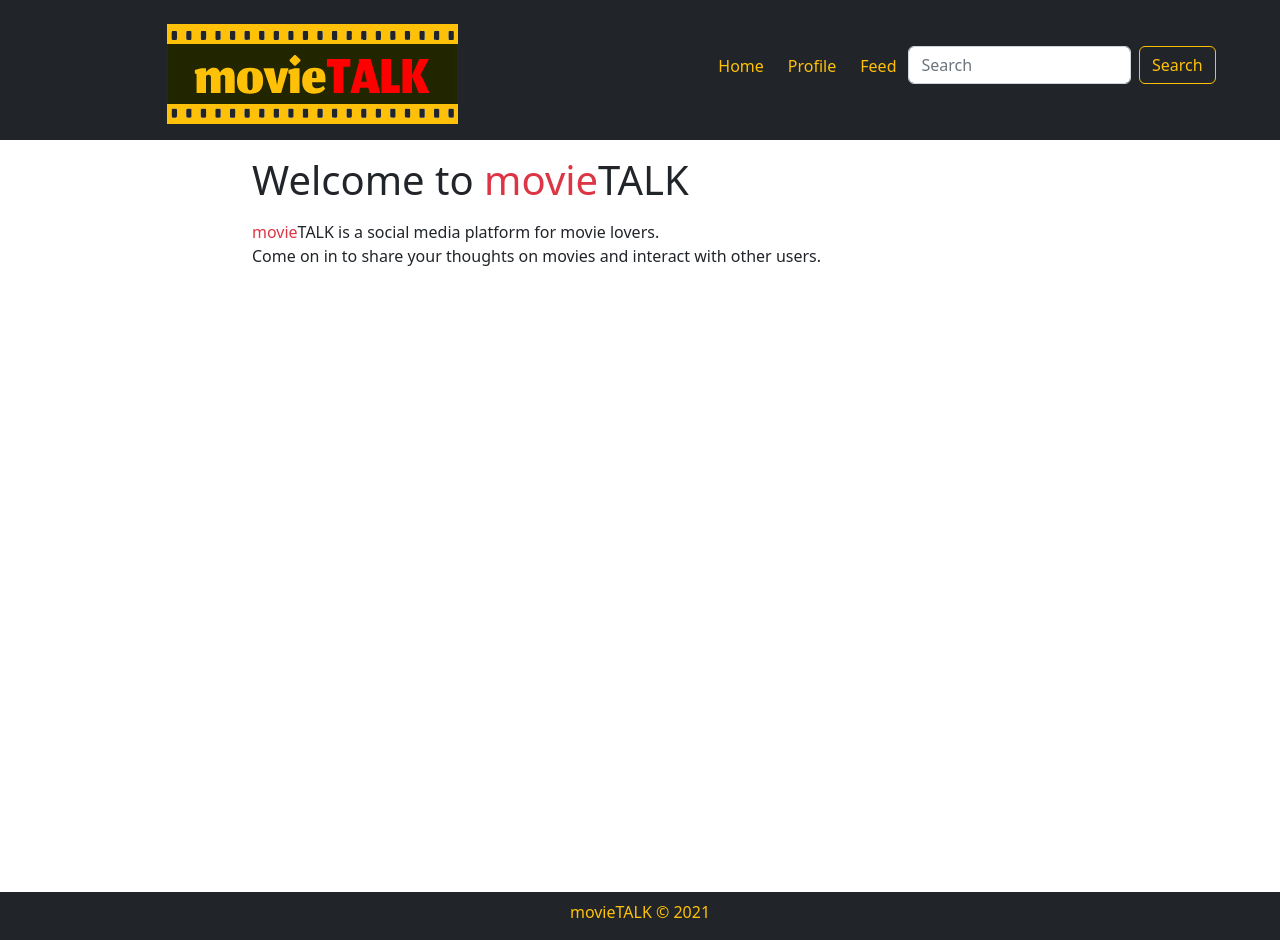
Repository: runeunhjem/css-frameworks-ca
Page: feed/index.html
An editor plug-in stored every save of this project. The page is shown before and after a run of saves, followed by the edit.
The browser window is 1280 px wide. The pictures show the whole page.
The style sheet was rebuilt from its Sass, Less or Tailwind sources for each picture, by a compiler version that may differ from the author's.

Above is the page before, as saved 2023-08-28 17:17:57.

### feed/index.html
<!DOCTYPE html>
<html lang="en">
<head>
  <meta charset="UTF-8">
  <meta name="viewport" content="width=device-width, initial-scale=1.0">
  <link rel="stylesheet" href="../dist/css/index.css">
  <script src="../js/bootstrap.bundle.min.js"></script>
  <!-- <script src="js/main.js"></script> -->
  <title>movieTALK | Feed</title>
</head>
<body><!DOCTYPE html>
<html lang="en">
<head>
  <meta charset="UTF-8">
  <meta name="viewport" content="width=device-width, initial-scale=1.0">
  <link rel="stylesheet" href="../dist/css/index.css">
  <script src="../js/bootstrap.bundle.min.js" type="module"></script>
  <!-- <script src="js/main.js"></script> -->
  <title>movieTALK | Home</title>
</head>
<body>
<header>
  <nav class="navbar navbar-expand-md pt-4 bg-dark align-items-center">
    <a class="navbar-brand header-logo mb-2" href="../index.html" alt="movieTALK Logo"><span class="visually-hidden">Home</span></a>
    <div class="container-fluid d-flex align-items-start justify-content-center max-width-800 ">
      <div class="row  max-width-800 align-items-center">
        <div class="col-4 justify-content-around col-sm-4 col-md-6 m-1">
          <button class="btn-outline-warning navbar-toggler bg-warning mb-2 me-3" type="button" data-bs-toggle="collapse" data-bs-target="#navbarSupportedContent" aria-controls="navbarSupportedContent" aria-expanded="false" aria-label="Toggle navigation">
            <span class="navbar-toggler-icon"></span>
          </button>
          <div class="collapse navbar-collapse text-primary" id="navbarSupportedContent">
            <ul class="navbar-nav mb-lg-2">
              <li class="nav-item me-2">
                <a class="nav-link text-warning active rounded-2 ps-2" aria-current="page" href="../index.html">Home</a>
              </li>
              <li class="nav-item me-2">
                <a class="nav-link text-warning rounded-2 ps-2" href="../profile/index.html">Profile</a>
              </li>
              <li class="nav-item mb-3">
                <a class="nav-link text-warning rounded-2 ps-2" href="index.html">Feed</a>
              </li>
            </ul>
          </div>
        </div>
      </div>
        <div class="col-8 col-sm-8 col-md-6 d-flex align-items-start justify-content-end">
          <form class="d-flex mt-1" role="search">
            <input class="form-control me-2 max-width-300" type="search" placeholder="Search" aria-label="Search">
            <button class="btn btn-outline-warning" type="submit">Search</button>
          </form>
      </div>
    </div>
    </div>
  </nav>
</header>
<main class="vh-100 mt-3 max-width-800 mx-auto">
  <div class="container">
    <div class="row d-flex justify-content-center">
      <div class="col">
        <h1>Welcome to <span class="text-danger">movie</span>TALK</h1>
        <p class="mt-3 mb-0"><span class="text-danger">movie</span>TALK is a social media platform for movie lovers.</p>
        <p class="mt-0">Come on in to share your thoughts on movies and interact with other users.</p>
      </div>
    </div>
  </div>
</main>
<footer mt-3>
  <div class="container-fluid bg-dark mt-3">
    <div class="row">
      <div class="col">
        <p class="text-center text-warning mt-2">movieTALK &copy; 2021</p>
      </div>
    </div>
  </div>
</footer>
</body>
</html>

### src/scss/index.scss
@import "variables";
@import "../../node_modules/bootstrap/scss/bootstrap";
@import "navbar";

.header-logo {
  background-image: url("../../img/logo-yellow.svg");
  background-size: contain;
  background-repeat: no-repeat;
  background-position: center;
  width: 100%;
  height: 100px;
}

.max-width-800 {
  max-width: 800px;
}
.max-width-300 {
  max-width: 300px;
}

// .navbar-collapse.show {
//   background-color: #ffc107;
// }
// .navbar-nav {
//   .nav-link-hover {
//     &:hover {
//       color:#ffc107;
//       background-color: #ff3c3c;
//       a {
//       }
//     }
//   // background-color: #fdcd2d;
//   }
// }

.nav-link {
  // width: 100%;
  // text-indent: 6px;
  &:hover {
    // transition: all 0.3s ease-in-out;
    // padding: 0px 12px;
    background-color: #ffc107;
    color: #886f3a !important;
    border-radius: 8px;
    // text-indent: 4px;
    // background-color: #ffc107;
    // border: 1px solid #ffc107;
    // background-color: #5c4141;
    // margin: 0px;
    // a {
      //   color: #fff;
      // }
  }
  // a.nav-link {
  //   // width: 60px;
  //   // color: #ffc107;
  // }
  .active {
    color: #b84545;
  }
}

  // .navbar-collapse {
  //   width: 100px;
  //   // color: #ff07ea !important;
  //   // background-color: #b84545;
  // }

### src/scss/_variables.scss
// Variables
//
// Variables should follow the `$component-state-property-size` formula for
// consistent naming. Ex: $nav-link-disabled-color and $modal-content-box-shadow-xs.

// Color system

// scss-docs-start gray-color-variables
$white:    #fff;
$gray-100: #f8f9fa;
$gray-200: #e9ecef;
$gray-300: #dee2e6;
$gray-400: #ced4da;
$gray-500: #adb5bd;
$gray-600: #6c757d;
$gray-700: #495057;
$gray-800: #343a40;
$gray-900: #212529;
$black:    #000;
// scss-docs-end gray-color-variables

// fusv-disable
// scss-docs-start gray-colors-map
$grays: (
  "100": $gray-100,
  "200": $gray-200,
  "300": $gray-300,
  "400": $gray-400,
  "500": $gray-500,
  "600": $gray-600,
  "700": $gray-700,
  "800": $gray-800,
  "900": $gray-900
);
// scss-docs-end gray-colors-map
// fusv-enable

// scss-docs-start color-variables
$blue:    #0d6efd;
$indigo:  #6610f2;
$purple:  #6f42c1;
$pink:    #d63384;
$red:     #dc3545;
$orange:  #fd7e14;
$yellow:  #ffc107;
$green:   #198754;
$teal:    #20c997;
$cyan:    #0dcaf0;
// scss-docs-end color-variables

// scss-docs-start colors-map
$colors: (
  "blue":       $blue,
  "indigo":     $indigo,
  "purple":     $purple,
  "pink":       $pink,
  "red":        $red,
  "orange":     $orange,
  "yellow":     $yellow,
  "green":      $green,
  "teal":       $teal,
  "cyan":       $cyan,
  "black":      $black,
  "white":      $white,
  "gray":       $gray-600,
  "gray-dark":  $gray-800
);
// scss-docs-end colors-map

// The contrast ratio to reach against white, to determine if color changes from "light" to "dark". Acceptable values for WCAG 2.0 are 3, 4.5 and 7.
// See https://www.w3.org/TR/WCAG20/#visual-audio-contrast-contrast
$min-contrast-ratio:   4.5;

// Customize the light and dark text colors for use in our color contrast function.
$color-contrast-dark:      $black;
$color-contrast-light:     $white;

### src/scss/_navbar.scss
// // Navbar
// //
// // Provide a static navbar from which we expand to create full-width, fixed, and
// // other navbar variations.

// .navbar {
//   // scss-docs-start navbar-css-vars
//   --#{$prefix}navbar-padding-x: #{if($navbar-padding-x == null, 0, $navbar-padding-x)};
//   --#{$prefix}navbar-padding-y: #{$navbar-padding-y};
//   --#{$prefix}navbar-color: #{$navbar-light-color};
//   --#{$prefix}navbar-hover-color: #{$navbar-light-hover-color};
//   --#{$prefix}navbar-disabled-color: #{$navbar-light-disabled-color};
//   --#{$prefix}navbar-active-color: #{$navbar-light-active-color};
//   --#{$prefix}navbar-brand-padding-y: #{$navbar-brand-padding-y};
//   --#{$prefix}navbar-brand-margin-end: #{$navbar-brand-margin-end};
//   --#{$prefix}navbar-brand-font-size: #{$navbar-brand-font-size};
//   --#{$prefix}navbar-brand-color: #{$navbar-light-brand-color};
//   --#{$prefix}navbar-brand-hover-color: #{$navbar-light-brand-hover-color};
//   --#{$prefix}navbar-nav-link-padding-x: #{$navbar-nav-link-padding-x};
//   --#{$prefix}navbar-toggler-padding-y: #{$navbar-toggler-padding-y};
//   --#{$prefix}navbar-toggler-padding-x: #{$navbar-toggler-padding-x};
//   --#{$prefix}navbar-toggler-font-size: #{$navbar-toggler-font-size};
//   --#{$prefix}navbar-toggler-icon-bg: #{escape-svg($navbar-light-toggler-icon-bg)};
//   --#{$prefix}navbar-toggler-border-color: #{$navbar-light-toggler-border-color};
//   --#{$prefix}navbar-toggler-border-radius: #{$navbar-toggler-border-radius};
//   --#{$prefix}navbar-toggler-focus-width: #{$navbar-toggler-focus-width};
//   --#{$prefix}navbar-toggler-transition: #{$navbar-toggler-transition};
//   // scss-docs-end navbar-css-vars

//   position: relative;
//   display: flex;
//   flex-wrap: wrap; // allow us to do the line break for collapsing content
//   align-items: center;
//   justify-content: space-between; // space out brand from logo
//   padding: var(--#{$prefix}navbar-padding-y) var(--#{$prefix}navbar-padding-x);
//   @include gradient-bg();

//   // Because flex properties aren't inherited, we need to redeclare these first
//   // few properties so that content nested within behave properly.
//   // The `flex-wrap` property is inherited to simplify the expanded navbars
//   %container-flex-properties {
//     display: flex;
//     flex-wrap: inherit;
//     align-items: center;
//     justify-content: space-between;
//   }

//   > .container,
//   > .container-fluid {
//     @extend %container-flex-properties;
//   }

//   @each $breakpoint, $container-max-width in $container-max-widths {
//     > .container#{breakpoint-infix($breakpoint, $container-max-widths)} {
//       @extend %container-flex-properties;
//     }
//   }
// }


// // Navbar brand
// //
// // Used for brand, project, or site names.

// .navbar-brand {
//   padding-top: var(--#{$prefix}navbar-brand-padding-y);
//   padding-bottom: var(--#{$prefix}navbar-brand-padding-y);
//   margin-right: var(--#{$prefix}navbar-brand-margin-end);
//   @include font-size(var(--#{$prefix}navbar-brand-font-size));
//   color: var(--#{$prefix}navbar-brand-color);
//   text-decoration: if($link-decoration == none, null, none);
//   white-space: nowrap;

//   &:hover,
//   &:focus {
//     color: var(--#{$prefix}navbar-brand-hover-color);
//     text-decoration: if($link-hover-decoration == underline, none, null);
//   }
// }


// Navbar nav
//
// Custom navbar navigation (doesn't require `.nav`, but does make use of `.nav-link`).

.navbar-nav {
  // scss-docs-start navbar-nav-css-vars
  --#{$prefix}nav-link-padding-x: 0;
  --#{$prefix}nav-link-padding-y: #{$nav-link-padding-y};
  @include rfs($nav-link-font-size, --#{$prefix}nav-link-font-size);
  --#{$prefix}nav-link-font-weight: #{$nav-link-font-weight};
  --#{$prefix}nav-link-color: var(--#{$prefix}navbar-color);
  --#{$prefix}nav-link-hover-color: var(--#{$prefix}navbar-hover-color);
  --#{$prefix}nav-link-disabled-color: var(--#{$prefix}navbar-disabled-color);
  // scss-docs-end navbar-nav-css-vars

  display: flex;
  flex-direction: column; // cannot use `inherit` to get the `.navbar`s value
  padding-left: 0;
  margin-bottom: 0;
  list-style: none;

  .show > .nav-link,
  .nav-link.active {
    color: var(--#{$prefix}navbar-active-color);
  }

  .dropdown-menu {
    position: static;
  }
}


// Navbar text
//
//

.navbar-text {
  padding-top: $nav-link-padding-y;
  padding-bottom: $nav-link-padding-y;
  color: var(--#{$prefix}navbar-color);

  a,
  a:hover,
  a:focus  {
    color: var(--#{$prefix}navbar-active-color);
  }
}


// Responsive navbar
//
// Custom styles for responsive collapsing and toggling of navbar contents.
// Powered by the collapse Bootstrap JavaScript plugin.

// When collapsed, prevent the toggleable navbar contents from appearing in
// the default flexbox row orientation. Requires the use of `flex-wrap: wrap`
// on the `.navbar` parent.
.navbar-collapse {
  flex-basis: 100%;
  flex-grow: 1;
  // For always expanded or extra full navbars, ensure content aligns itself
  // properly vertically. Can be easily overridden with flex utilities.
  align-items: center;
}

// Button for toggling the navbar when in its collapsed state
.navbar-toggler {
  padding: var(--#{$prefix}navbar-toggler-padding-y) var(--#{$prefix}navbar-toggler-padding-x);
  @include font-size(var(--#{$prefix}navbar-toggler-font-size));
  line-height: 1;
  color: var(--#{$prefix}navbar-color);
  background-color: transparent; // remove default button style
  border: var(--#{$prefix}border-width) solid var(--#{$prefix}navbar-toggler-border-color); // remove default button style
  @include border-radius(var(--#{$prefix}navbar-toggler-border-radius));
  @include transition(var(--#{$prefix}navbar-toggler-transition));

  &:hover {
    text-decoration: none;
  }

  &:focus {
    text-decoration: none;
    background-color: $yellow;
    outline: 0;
    box-shadow: 0 0 0 var(--#{$prefix}navbar-toggler-focus-width);
  }
}

// Keep as a separate element so folks can easily override it with another icon
// or image file as needed.
.navbar-toggler-icon {
  display: inline-block;
  width: 1.5em;
  height: 1.5em;
  vertical-align: middle;
  background-image: var(--#{$prefix}navbar-toggler-icon-bg);
  background-repeat: no-repeat;
  background-position: center;
  background-size: 100%;
}

.navbar-nav-scroll {
  max-height: var(--#{$prefix}scroll-height, 75vh);
  overflow-y: auto;
}

// scss-docs-start navbar-expand-loop
// Generate series of `.navbar-expand-*` responsive classes for configuring
// where your navbar collapses.
.navbar-expand {
  @each $breakpoint in map-keys($grid-breakpoints) {
    $next: breakpoint-next($breakpoint, $grid-breakpoints);
    $infix: breakpoint-infix($next, $grid-breakpoints);

    // stylelint-disable-next-line scss/selector-no-union-class-name
    &#{$infix} {
      @include media-breakpoint-up($next) {
        flex-wrap: nowrap;
        justify-content: flex-start;

        .navbar-nav {
          flex-direction: row;

          .dropdown-menu {
            position: absolute;
          }

          .nav-link {
            padding-right: var(--#{$prefix}navbar-nav-link-padding-x);
            padding-left: var(--#{$prefix}navbar-nav-link-padding-x);
          }
        }

        .navbar-nav-scroll {
          overflow: visible;
        }

        .navbar-collapse {
          display: flex !important; // stylelint-disable-line declaration-no-important
          flex-basis: auto;
        }

        .navbar-toggler {
          display: none;
        }

        .offcanvas {
          // stylelint-disable declaration-no-important
          position: static;
          z-index: auto;
          flex-grow: 1;
          width: auto !important;
          height: auto !important;
          visibility: visible !important;
          background-color: transparent !important;
          border: 0 !important;
          transform: none !important;
          @include box-shadow(none);
          @include transition(none);
          // stylelint-enable declaration-no-important

          .offcanvas-header {
            display: none;
          }

          .offcanvas-body {
            display: flex;
            flex-grow: 0;
            padding: 0;
            overflow-y: visible;
          }
        }
      }
    }
  }
}
// scss-docs-end navbar-expand-loop

// Navbar themes
//
// Styles for switching between navbars with light or dark background.

.navbar-light {
  @include deprecate("`.navbar-light`", "v5.2.0", "v6.0.0", true);
}

.navbar-dark {
  --#{$prefix}navbar-color: #{$navbar-dark-color};
  --#{$prefix}navbar-hover-color: #{$navbar-dark-hover-color};
  --#{$prefix}navbar-disabled-color: #{$navbar-dark-disabled-color};
  --#{$prefix}navbar-active-color: #{$navbar-dark-active-color};
  --#{$prefix}navbar-brand-color: #{$navbar-dark-brand-color};
  --#{$prefix}navbar-brand-hover-color: #{$navbar-dark-brand-hover-color};
  --#{$prefix}navbar-toggler-border-color: #{$navbar-dark-toggler-border-color};
  --#{$prefix}navbar-toggler-icon-bg: #{escape-svg($navbar-dark-toggler-icon-bg)};
}

Loaded but not shown: js/bootstrap.bundle.min.js (library)

After the next 2 saves:
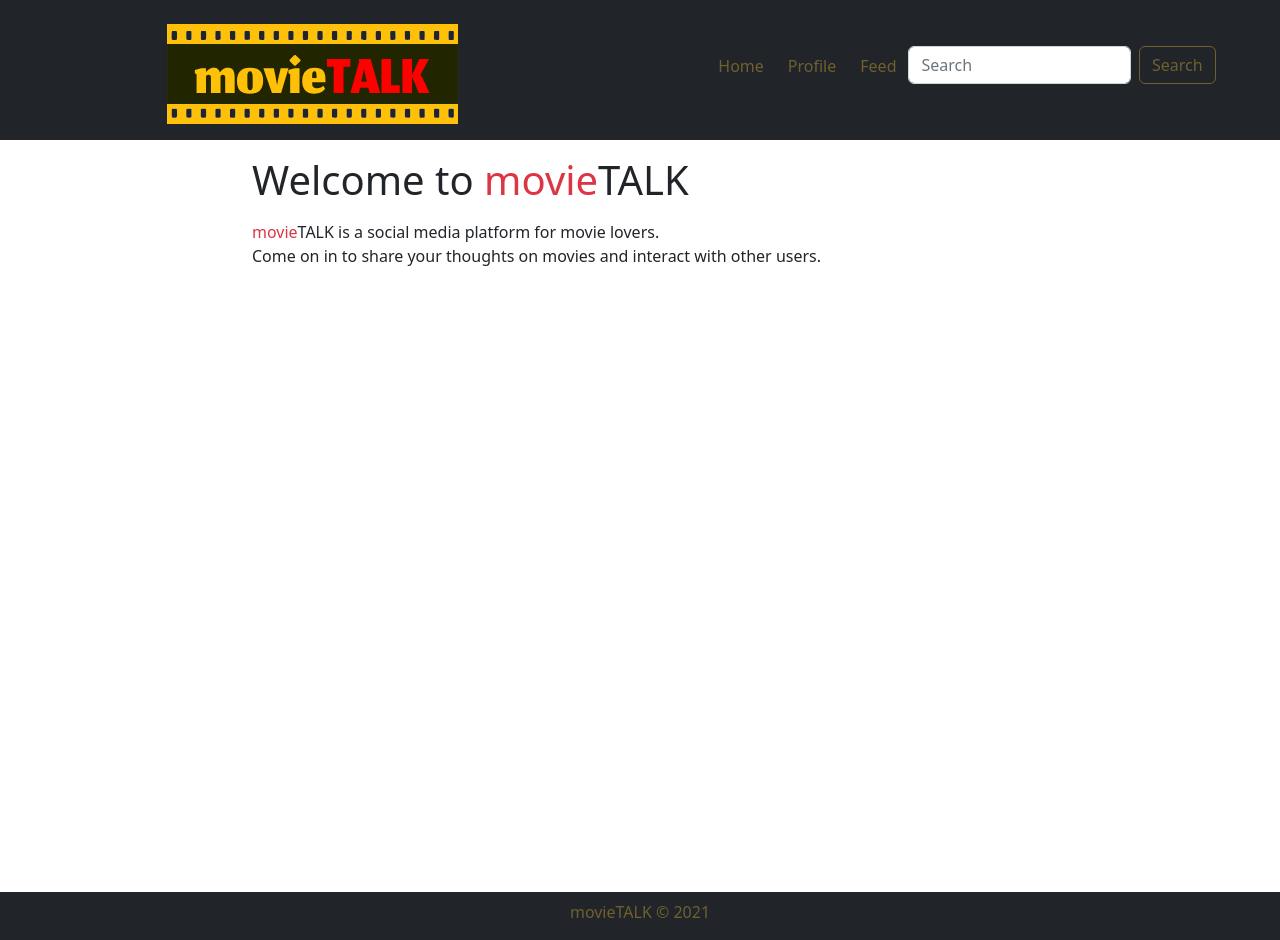
The 2 saves are shown as one change because they came seconds apart.
The last was saved 91 s later.
--- a/src/scss/_variables.scss
+++ b/src/scss/_variables.scss
@@ -42,7 +42,8 @@
 $pink:    #d63384;
 $red:     #dc3545;
 $orange:  #fd7e14;
-$yellow:  #ffc107;
+$yellow:  #706030;
+// $yellow:  #ffc107;
 $green:   #198754;
 $teal:    #20c997;
 $cyan:    #0dcaf0;

After the save that followed:
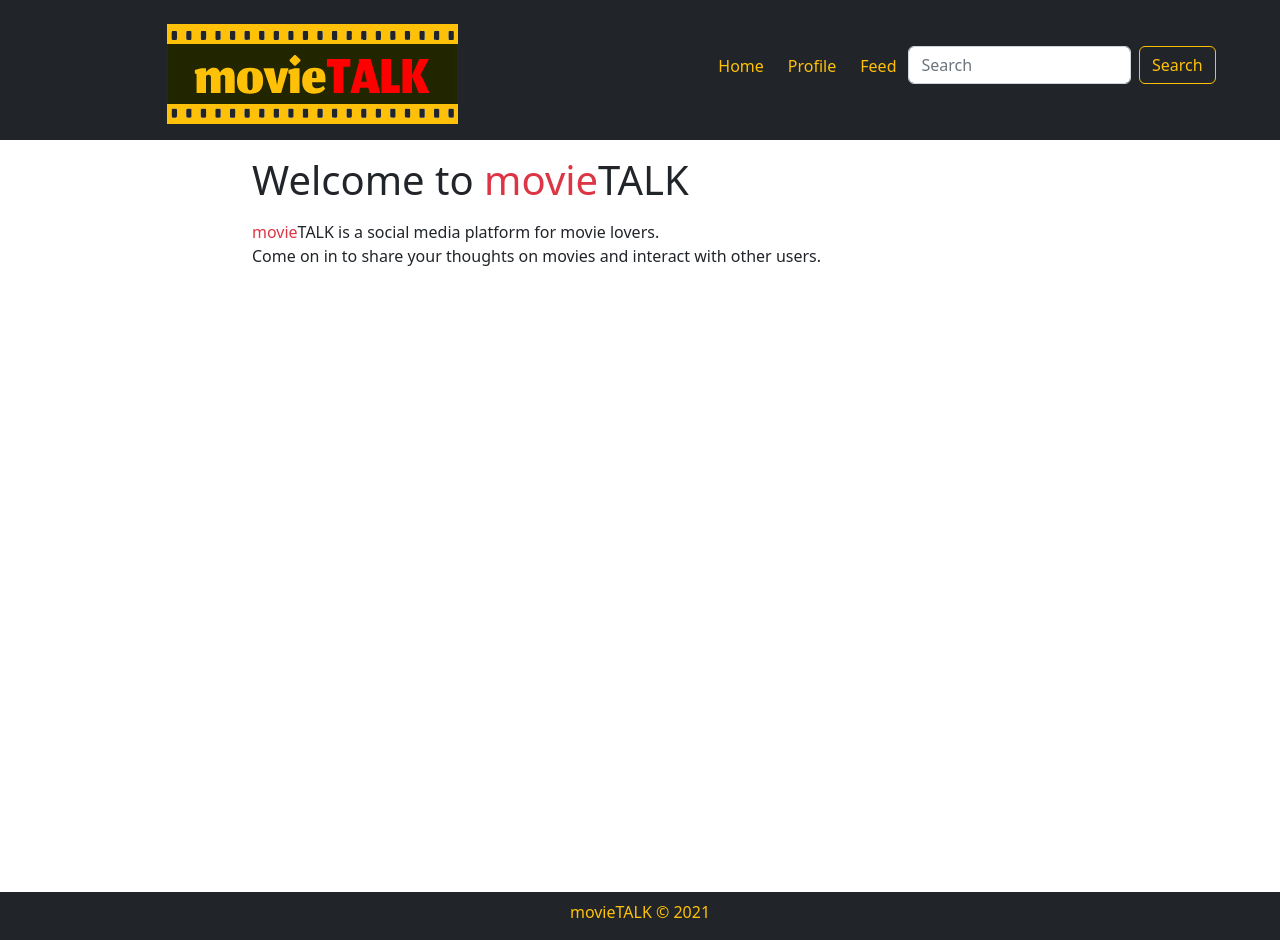
Saved 8 s later.
--- a/src/scss/_variables.scss
+++ b/src/scss/_variables.scss
@@ -42,8 +42,7 @@
 $pink:    #d63384;
 $red:     #dc3545;
 $orange:  #fd7e14;
-$yellow:  #706030;
-// $yellow:  #ffc107;
+$yellow:  #ffc107;
 $green:   #198754;
 $teal:    #20c997;
 $cyan:    #0dcaf0;
